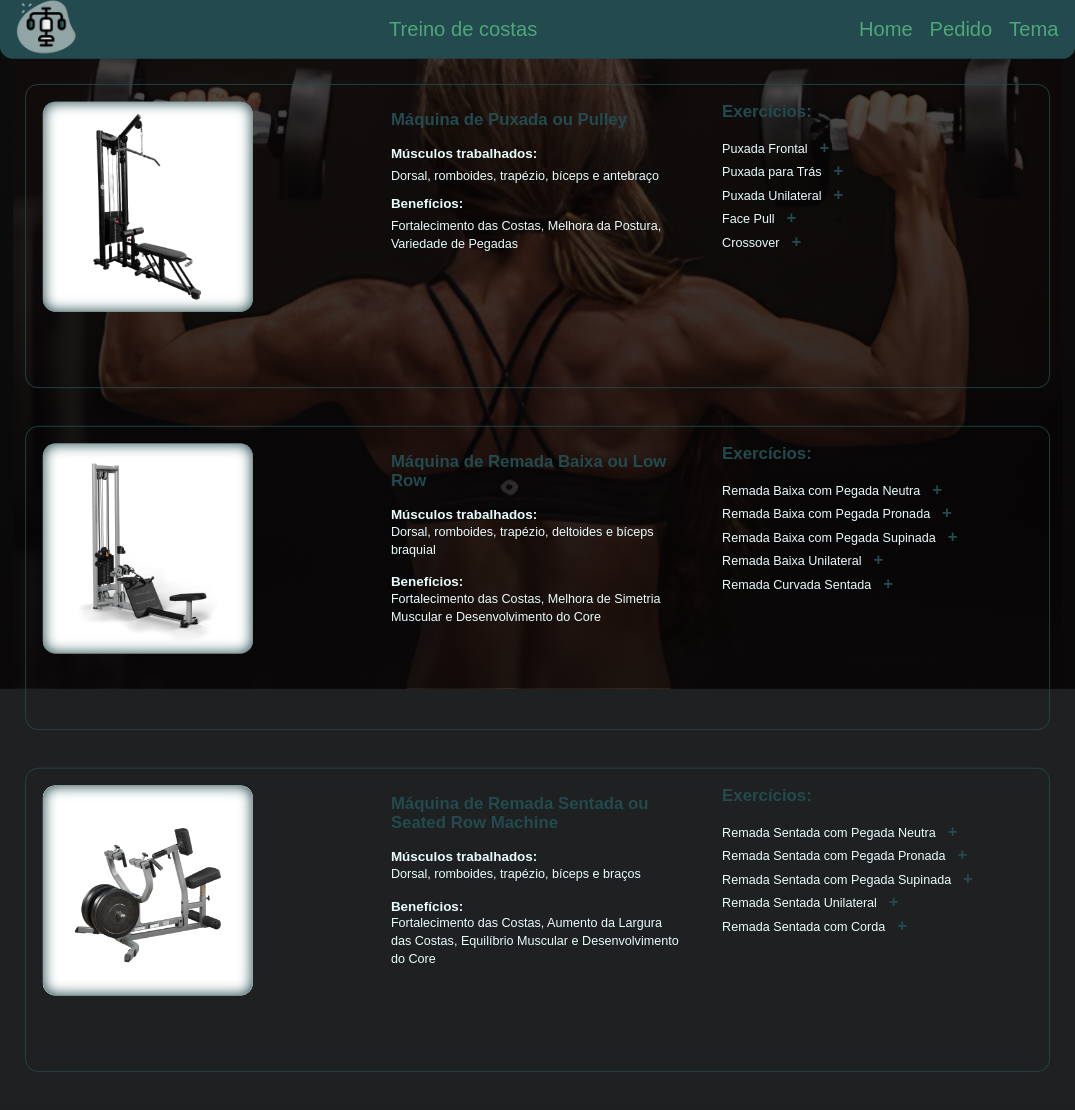
Repository: Marinalr-25/Projeto-Aparelhos-de-Academia
Page: costas.html
These files come from the project's save history. The page is drawn as it stood at one moment and after the next save; the edit follows.
The browser window is 1280 px wide. The pictures show the whole page, at 84% of full size.
Backgrounds fixed to the window are drawn as part of the page.

Above is the page before, as saved 2025-01-07 14:43:15.
Console error: TypeError: Cannot read properties of null (reading 'addEventListener')

After the next save:
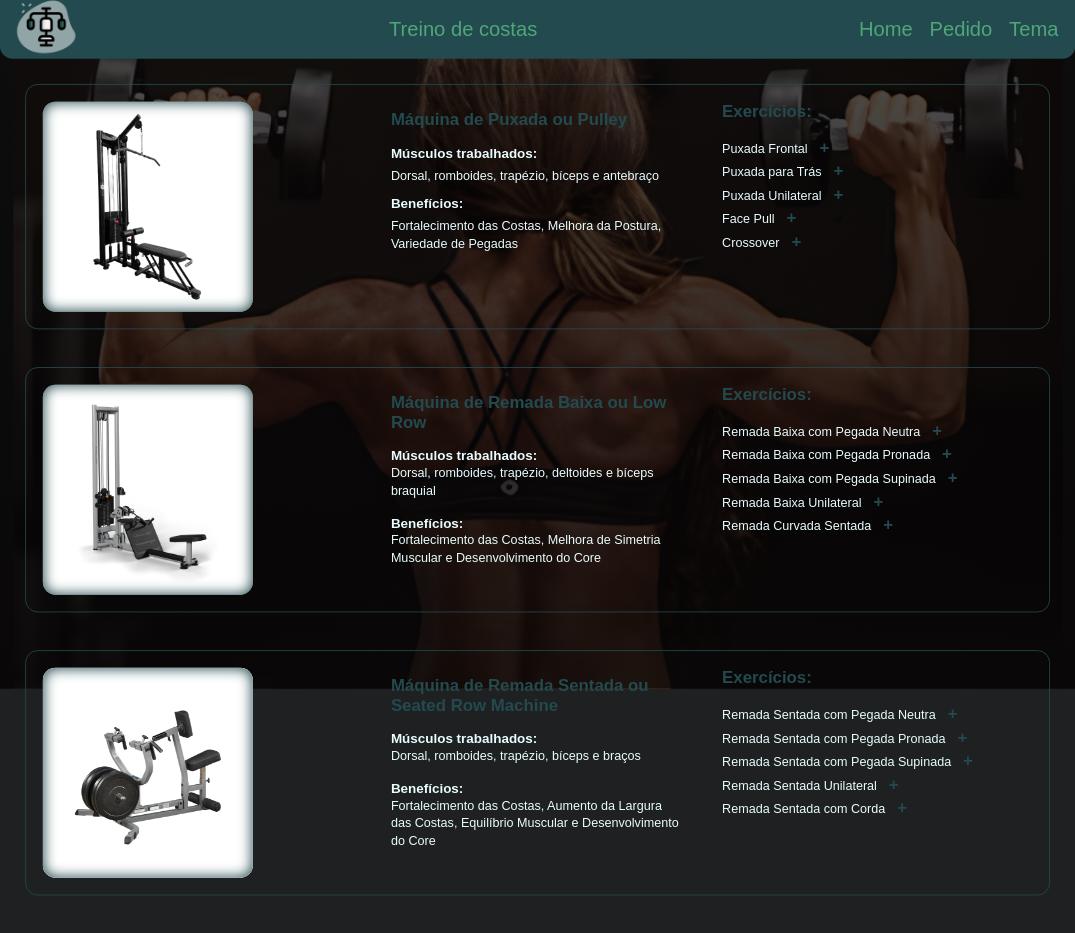
Saved 22 s later.
--- a/css/style.css
+++ b/css/style.css
@@ -448,8 +448,8 @@ main {
 
     & .maquinas {
       display: grid;
-      grid-template-columns: 1fr 1fr 1fr;
-      grid-template-rows: auto auto auto;
+      grid-template-columns: repeat(3, 1fr);
+      grid-template-rows: auto;
       gap: 3.5rem;
       max-width: 130rem;
       border: 1px solid var(--cor-fundo);
